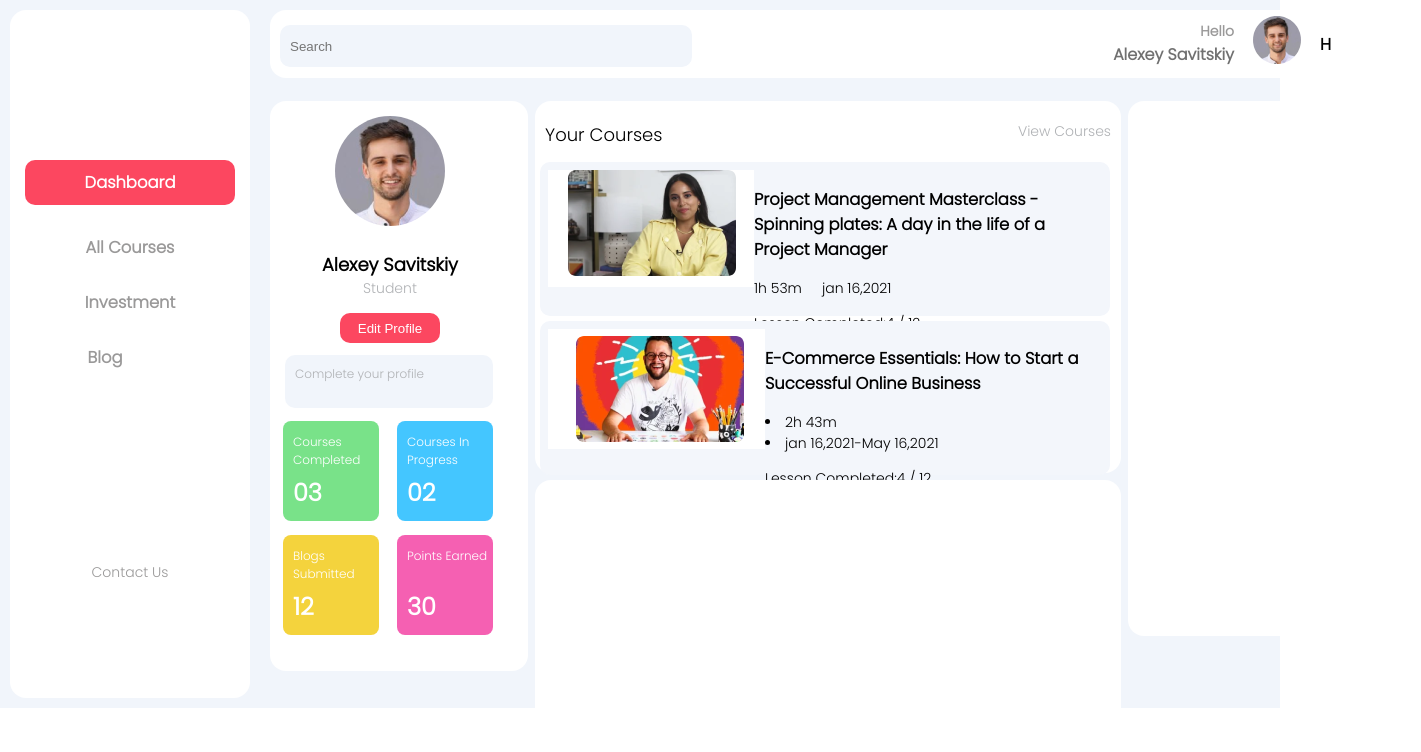
Repository: Anuruddha00/dashboard-design
Page: /
These files come from the project's save history. The page is drawn as it stood at one moment and after the next save; the edit follows.
The browser window is 1280 px wide. The page is 1421 px wide, so the pictures cover 1421 px, including what lies to the right of the window. The pictures show the whole page.
The project was rebuilt for these pictures with package versions that can differ from the ones it lists, and the page was loaded fresh each time.

Above is the page before, as saved 2021-05-07 21:10:35.

### public/index.html
<!DOCTYPE html>
<html lang="en">
  <head>
    <meta charset="utf-8" />
    <link rel="icon" href="%PUBLIC_URL%/favicon.ico" />
    <meta name="viewport" content="width=device-width, initial-scale=1" />
    <meta name="theme-color" content="#000000" />
    <meta
      name="description"
      content="Web site created using create-react-app"
    />
    <link rel="apple-touch-icon" href="%PUBLIC_URL%/logo192.png" />

    <link rel="preconnect" href="https://fonts.gstatic.com">
    <link href="https://fonts.googleapis.com/css2?family=Poppins:wght@300&display=swap" rel="stylesheet">

    <!--
      manifest.json provides metadata used when your web app is installed on a
      user's mobile device or desktop. See https://developers.google.com/web/fundamentals/web-app-manifest/
    -->
    <link rel="manifest" href="%PUBLIC_URL%/manifest.json" />
    <!--
      Notice the use of %PUBLIC_URL% in the tags above.
      It will be replaced with the URL of the `public` folder during the build.
      Only files inside the `public` folder can be referenced from the HTML.

      Unlike "/favicon.ico" or "favicon.ico", "%PUBLIC_URL%/favicon.ico" will
      work correctly both with client-side routing and a non-root public URL.
      Learn how to configure a non-root public URL by running `npm run build`.
    -->
    <title>React App</title>
  </head>
  <body>
    <noscript>You need to enable JavaScript to run this app.</noscript>
    <div id="root"></div>
    <!--
      This HTML file is a template.
      If you open it directly in the browser, you will see an empty page.

      You can add webfonts, meta tags, or analytics to this file.
      The build step will place the bundled scripts into the <body> tag.

      To begin the development, run `npm start` or `yarn start`.
      To create a production bundle, use `npm run build` or `yarn build`.
    -->
  </body>
</html>

### src/index.js
import React from 'react';
import ReactDOM from 'react-dom';
import Dashboard from './containers/Dashboard/Dashboard';
import reportWebVitals from './reportWebVitals';

ReactDOM.render(
  <React.StrictMode>
    <Dashboard />
  </React.StrictMode>,
  document.getElementById('root')
);

// If you want to start measuring performance in your app, pass a function
// to log results (for example: reportWebVitals(console.log))
// or send to an analytics endpoint. Learn more: https://bit.ly/CRA-vitals
reportWebVitals();

### src/containers/Dashboard/Dashboard.js
import React from 'react';
import './Dashboard.scss';

const dashboard = () =>{

    return(
        <div className='container'>
            <div className='dashboard'>
                <div className='dashboardSideBar'>
                   <div className='dashboardSideBarTitle'>
                        <h3 className='dashboardSideBarTitleDashboard'>Dashboard</h3>
                        <h3 className='dashboardSideBarTitleCourses'>All Courses</h3>
                        <h3 className='dashboardSideBarTitleInvestment'>Investment</h3>
                        <h3 className='dashboardSideBarTitleBlog'>Blog</h3>
                   </div>
                   <div className='dashboardSideBarContact'>
                        <p>Contact Us</p>
                   </div>
                </div>
                <div className='dashboardMenu'>
                    <section className='content'>
                        <nav className='contentNavbar'>
                            <div className='contentNavbarSearch'>
                                <form>
                                    <input type='text' placeholder='Search'/>
                                </form>
                            </div>
                            <div className='contentNavbarProfile'>
                                <div className='contentNavbarProfileName'>
                                    <h3>Hello</h3>
                                    <h2>Alexey Savitskiy</h2>
                                </div>
                                <img src='./assets/Image 9.png'/>
                                <h1>H</h1>
                            </div>
                        </nav>

                        <div className='contentBody'>
                            <section className='details'>
                                <div className='detailsAbout'>
                                    <div className='detailsAboutProfile'>
                                        <img src='./assets/Image 12.png'/>
                                        <h3>Alexey Savitskiy</h3>
                                        <p>Student</p>
                                        <button>Edit Profile</button>
                                    </div>
                                    <div className='detailsAboutComplete'>
                                        <p>Complete your profile</p>
                                    </div>
                                    <div className='detailsAboutProgress'>
                                        <div className='detailsAboutProgressCompleted'>
                                            <p>Courses Completed</p>
                                            <h1>03</h1>
                                        </div>
                                        <div className='detailsAboutProgressContinue'>
                                            <p>Courses In Progress</p>
                                            <h1>02</h1>
                                        </div>
                                        <div className='detailsAboutProgressBlogs'>
                                            <p>Blogs Submitted</p>
                                            <h1>12</h1>
                                        </div>
                                        <div className='detailsAboutProgressPoints'>
                                            <p>Points Earned</p>
                                            <h1>30</h1>
                                        </div>
                                    </div>
                                </div>
                            </section>

                            <section className='view'>
                                <section className='courses'>
                                    <nav className='coursesNavbar'>
                                      <li className='coursesNavbarTitle'>Your Courses</li>
                                      <li className='coursesNavbarView'>View Courses</li>
                                    </nav>
                                    <div className='coursesList'>
                                        <div className='coursesListManagement'>
                                            <img src='./assets/Image 15.png'/>
                                            <div className='coursesListManagementDescription'>
                                                <h3>Project Management Masterclass - Spinning plates: A day in the life of a Project Manager</h3>
                                                <div className='coursesListManagementDuration'>
                                                    <li>1h 53m</li>
                                                    <li>jan 16,2021</li>
                                                </div>
                                                <p>Lesson Completed:4 / 12</p>
                                            </div>
                                        </div>
                                        <div className='coursesListBusiness'>
                                            <img src='./assets/Image 16.png'/>
                                            <div className='coursesListBusinessDescription'>
                                                <h3>E-Commerce Essentials: How to Start a Successful Online Business</h3>
                                                <div>
                                                    <li>2h 43m</li>
                                                    <li>jan 16,2021-May 16,2021</li>
                                                </div>
                                                <p>Lesson Completed:4 / 12</p>
                                            </div>
                                        </div>
                                    </div>
                                </section>
                                <section className='blog'>

                                </section>
                            </section>

                            <section className='notification'>
                                <div className='notificationBar'>

                                </div>
                            </section>
                        </div>
                   </section>
                </div>
            </div>
        </div>
    )

}
export default dashboard;

### src/containers/Dashboard/Dashboard.scss

body{
    margin: 0;
    padding: 0;
    font-size: 0.875rem;
    font-family: 'Poppins', sans-serif;

}

.container{
    background: #f1f5fb;
    height: 100%;
    width: 100%;

    .dashboard{
        display: grid;
        grid-template-columns: 1fr 1fr;

        &SideBar{
            grid-column: 1;
            grid-row: 1 / 6;
            border-radius: 16px;
            background: #ffffff;
            margin: 10px;
            height: 688px;
            width: 240px;

            &Title{
                margin-top: 150px;
                font-size: 14px;

                &Dashboard{
                    background:#fc4760;
                    border-radius: 10px;
                    text-align: center;
                    padding: 10px 10px 10px 10px;
                    margin: 10px 15px 10px 15px;
                    color: #ffffff;

                }
                &Courses{
                    text-align: center;
                    margin-top: 30px;
                    color: #9a9999;
                }
                &Investment{
                    text-align: center;
                    margin-top: 30px;
                    color: #9a9999;
                }
                &Blog{
                    text-align: center;
                    margin-top: 30px;
                    margin-right: 50px;
                    color: #9a9999;
                }
            }
            &Contact{
                margin-top: 80%;

                p{
                    text-align: center;
                    color: #9a9999;
                    font-size: 14px;
                }

            }
        }
        &Menu{
            grid-column: 2;
            grid-row: 1 / 6;
            margin: 10px;

            .content{
                display: grid;
                grid-template-rows:1fr 7fr ;
                gap:10px;

                &Navbar{
                    display: flex;
                    justify-content: space-between;
                    background: #ffffff;
                    border-radius: 16px;
                    height: 68px;
                    width: 1151px;

                    &Search{

                        input{
                            background: #f1f5fb;
                            border-style: none;
                            padding-left: 10px;
                            width: 400px;
                            height: 40px;
                            margin: 15px 0 0 10px;
                            border-radius: 10px;

                        }
                    }
                    &Profile{
                        display: flex;
                        flex-direction: row;
                        gap: 1em;
                        margin-right: 90px;
                        align-items: center;
                        height: 68px;

                        &Name{
                            text-align: end;
                            margin-top: 0;

                            h3{
                                color: #9a9999;
                                margin: 0;
                                font-size: 14px;
                            }
                            h2{
                                margin: 0;
                                font-size: 16px;
                                color: #707070;
                            }
                        }
                    }
                }
                &Body{
                    display: grid;
                    grid-template-columns: 1fr 1fr 1fr;
                    position: relative;

                    .details{
                        border-radius: 16px;
                        background: #ffffff;


                        &About{
                            height:555px;
                            width: 240px;

                            &Profile{
                                text-align: center;
                                margin-top: 15px;


                                h3{
                                    font-size: 18px;
                                    margin: 0;
                                }
                                p{
                                    color: #b0b2b5;
                                    margin-top: 0;
                                }
                                button{
                                    border-style: none;
                                    border-radius: 10px;
                                    width: 100px;
                                    height: 30px;
                                    color: #ffffff;
                                    background: #fc4760;

                                }
                            }
                            &Complete{
                                background: #f1f5fb;
                                border-radius: 10px;
                                color: #b0b2b5;
                                height: 53px;
                                width: 208px;
                                font-size: 12px;
                                margin-left: 15px;

                                p{
                                    padding-left: 10px;
                                    padding-top: 10px;
                                }
                            }
                            &Progress{
                                display: grid;
                                grid-template-columns: 1fr 1fr;
                                margin: 13px;
                                gap: 1em;
                                color: #ffffff;

                                p{
                                    font-size: 12px;
                                    padding-left: 10px;
                                }


                                &Completed{
                                    background: #79e289;
                                    border-radius: 8px;
                                    width: 96px;
                                    height: 100px;
                                    position: relative;

                                    h1{
                                        font-size: 24px;
                                        position: absolute;
                                        left: 10px;
                                        top: 30px;
                                    }

                                }
                                &Continue{
                                    background:  #44c6ff;
                                    border-radius: 8px;
                                    width: 96px;
                                    height: 100px;
                                    position: relative;

                                    h1{
                                        font-size: 24px;
                                        position: absolute;
                                        left: 10px;
                                        top: 30px;
                                    }

                                }
                                &Blogs{
                                    background:  #f4d33d;
                                    border-radius: 8px;
                                    width: 96px;
                                    height: 100px;
                                    position: relative;

                                    h1{
                                        font-size: 24px;
                                        position: absolute;
                                        left: 10px;
                                        top: 30px;
                                    }
                                }
                                &Points{
                                    background: #f560b2;
                                    border-radius: 8px;
                                    width: 96px;
                                    height: 100px;
                                    position: relative;

                                    h1{
                                        font-size: 24px;
                                        position: absolute;
                                        left: 10px;
                                        top: 30px;
                                    }
                                }
                            }
                        }
                    }
                    .view{
                        margin-left: 7px;

                        .courses{
                            width: 586px;
                            height: 372px;
                            border-radius: 16px;
                            background: #ffffff;
                            position: relative;

                            &Navbar{
                                list-style: none;
                                display: flex;
                                justify-content: space-between;

                                &Title{
                                    font-size: 18px;
                                    font-weight: 500px;
                                    padding: 20px 0 0 10px;
                                }
                                &View{
                                    color: #b0b2b5;
                                    font-size: 14px;
                                    padding: 20px 10px;
                                }
                            }
                            &List{
                                padding: 0 5px 5px 5px;
                                display: flex;
                                flex-direction: column;

                                &Management{
                                    background: #f3f6fb;
                                    padding: 8px;
                                    border-radius: 10px;
                                    width: 554px;
                                    height: 138px;
                                    display: flex;
                                    flex-direction: row;
                                    position: relative;

                                    img{
                                        height: fit-content;
                                        width: fit-content;
                                    }

                                    &Description{
                                        font-size: 14px;


                                    }
                                    &Duration{
                                        display: flex;
                                        list-style: none;

                                        li{
                                            margin-right: 20px;
                                        }
                                    }
                                }
                                &Business{
                                    background: #f3f6fb;
                                    padding: 8px;
                                    margin-top: 5px;
                                    border-radius: 10px;
                                    width: 554px;
                                    height: 138px;
                                    display: flex;
                                    flex-direction: row;
                                    position: relative;

                                    img{
                                        height: fit-content;
                                        width: fit-content;
                                        align-content: center;
                                    }


                                }
                            }

                        }

                        .blog{
                            width: 586px;
                            height: 272px;
                            border-radius: 16px;
                            background: #ffffff;
                            margin-top: 7px;
                            position: absolute;

                        }
                    }
                    .notification{
                        margin-left: 7px;

                        &Bar{
                            background: #ffffff;
                            width: 293px;
                            height: 535px;
                            border-radius: 16px;
                        }
                    }
                }
            }
        }
    }
}

Loaded but not shown: src/reportWebVitals.js (common file)

After the next save:
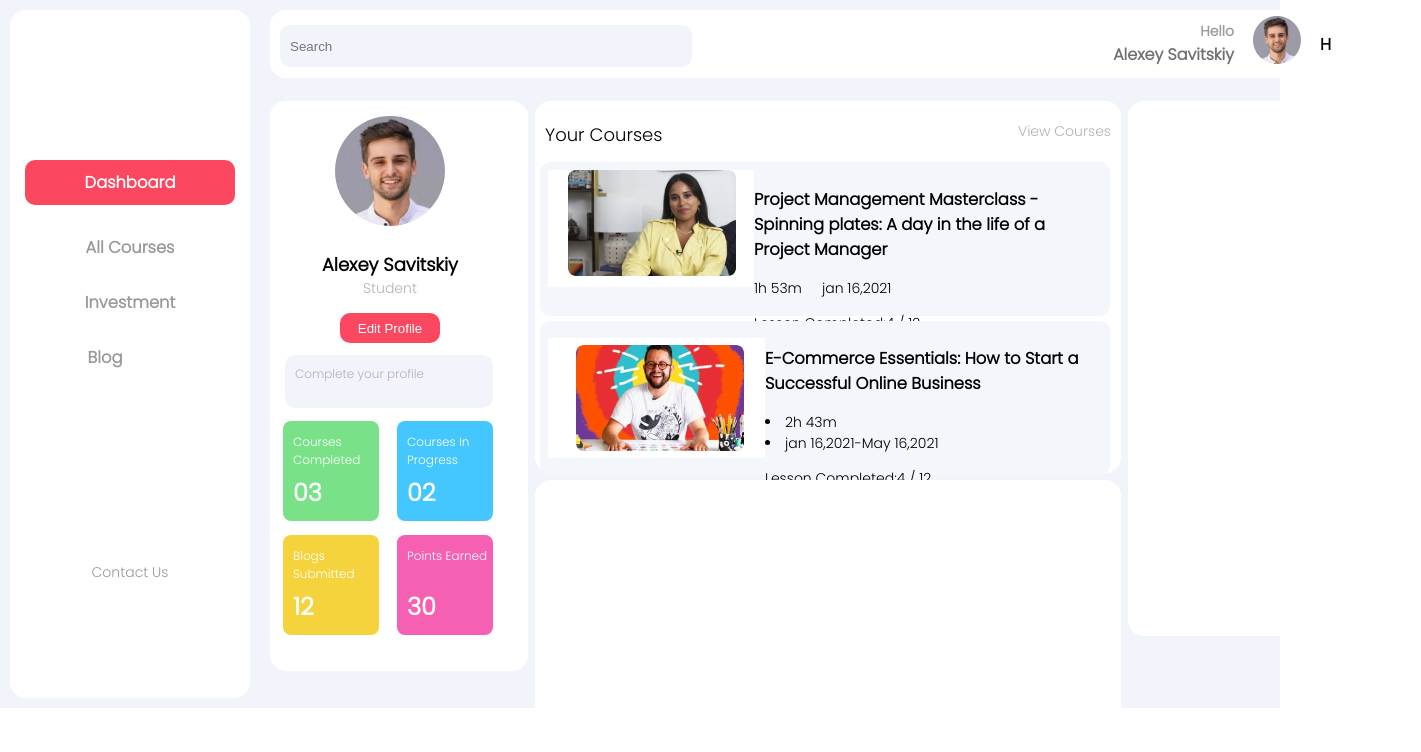
Saved 13 s later.
--- a/src/containers/Dashboard/Dashboard.scss
+++ b/src/containers/Dashboard/Dashboard.scss
@@ -321,7 +321,7 @@ body{
                                     img{
                                         height: fit-content;
                                         width: fit-content;
-                                        align-content: center;
+                                        align-self: center;
                                     }
 
 
